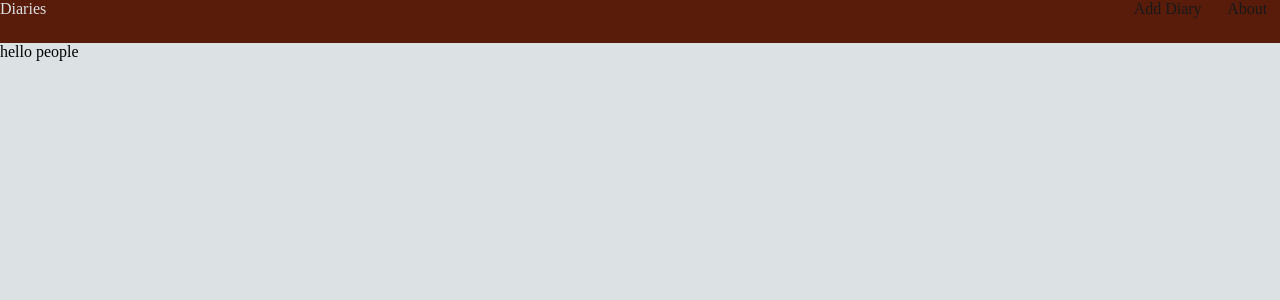
Repository: Tun-Dev/mydiary
Page: /
These files come from the project's save history. The page is drawn as it stood at one moment and after the next save; the edit follows.
The browser window is 1280 px wide. The pictures show the whole page.
The project was rebuilt for these pictures with package versions that can differ from the ones it lists, and the page was loaded fresh each time.

Above is the page before, as saved 2021-05-10 12:20:22.

After the next save:
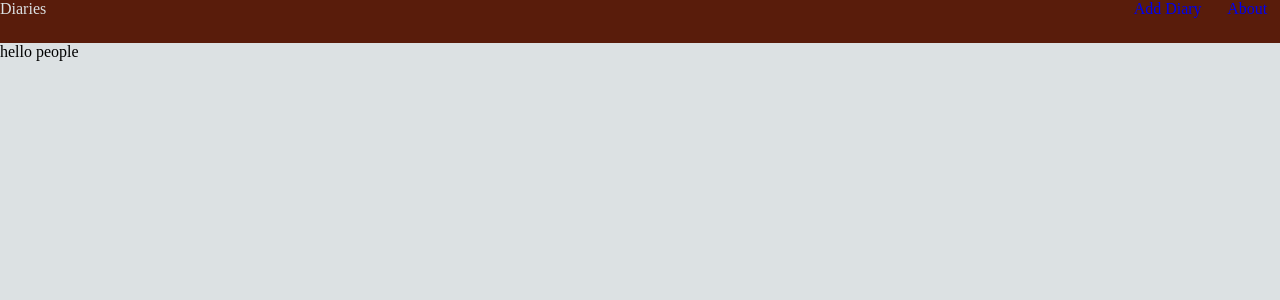
Saved 19 s later.
--- a/src/GlobalStyle.js
+++ b/src/GlobalStyle.js
@@ -12,7 +12,6 @@ const GlobalStyle = createGlobalStyle`
 }
  a {
     text-decoration: none;
-    color: #191919;
 }
 `
 
